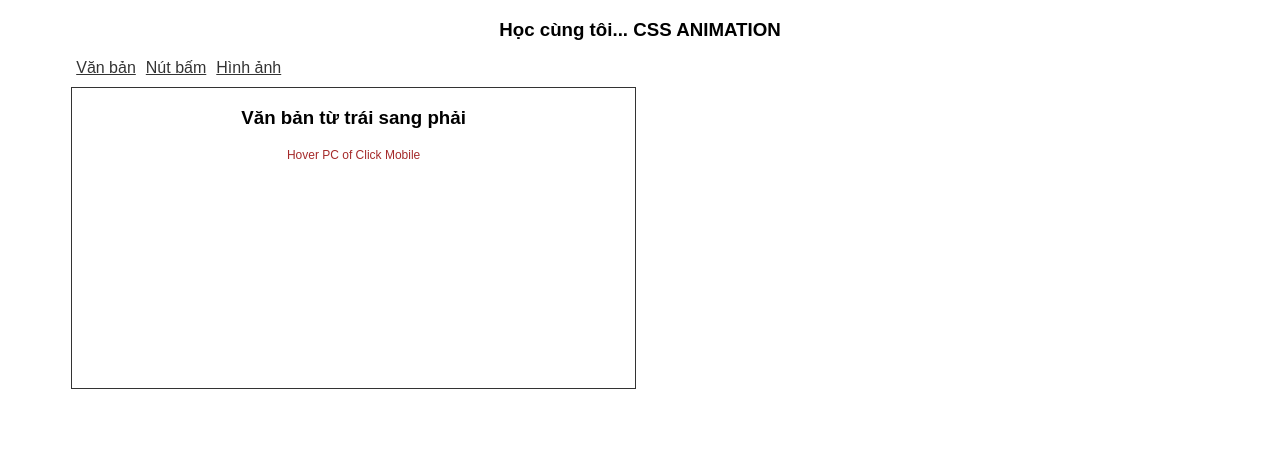
Repository: phuchoa2001/cssanimationNextjs
Page: /
These files come from the project's save history. The page is drawn as it stood at one moment and after the next save; the edit follows.
The browser window is 1280 px wide. The pictures show the whole page.
The project was rebuilt for these pictures with package versions that can differ from the ones it lists, and the page was loaded fresh each time. The framework's server and built-in components were replaced by stand-ins that run in the browser. Also part of the build but not shown: next.config.js.

Above is the page before, as saved 2022-09-14 18:12:58.

After the next save:
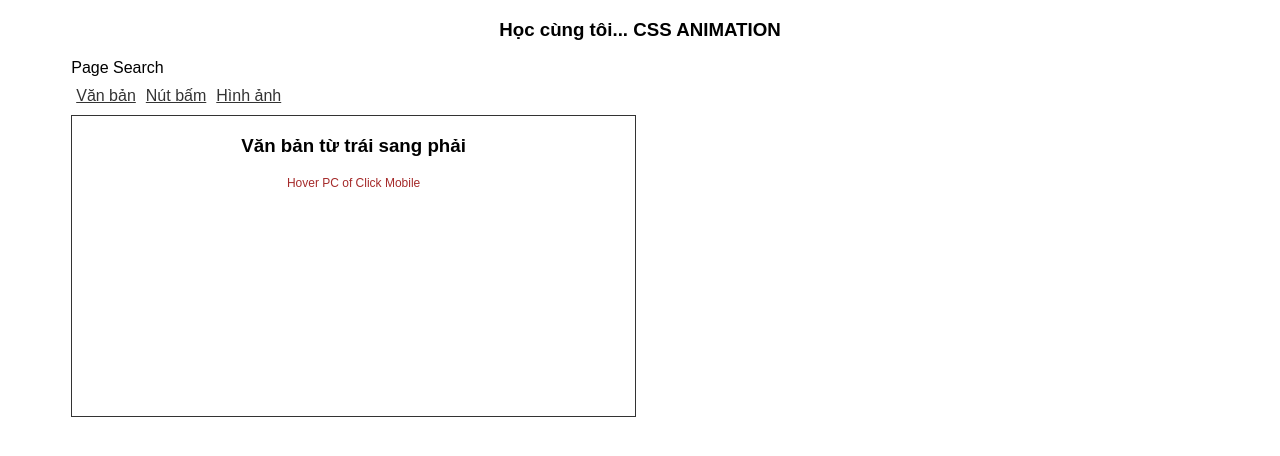
Saved 26 s later.
--- a/pages/index.js
+++ b/pages/index.js
@@ -1,12 +1,14 @@
 import Link from "next/link";
 
 import Item from "../components/Item/Item";
+import Search from "../components/Search/Search";
 
 export default function Home({ products }) {
   return (
     <div className="App" id="app">
       <div className='wrapper' >
         <h3 className='text'>Học cùng tôi... CSS ANIMATION</h3>
+        <Search />
         <div className='listLink'>
           <a href="#text" className='link'>Văn bản</a>
           <a href="#button" className='link'>Nút bấm</a>
